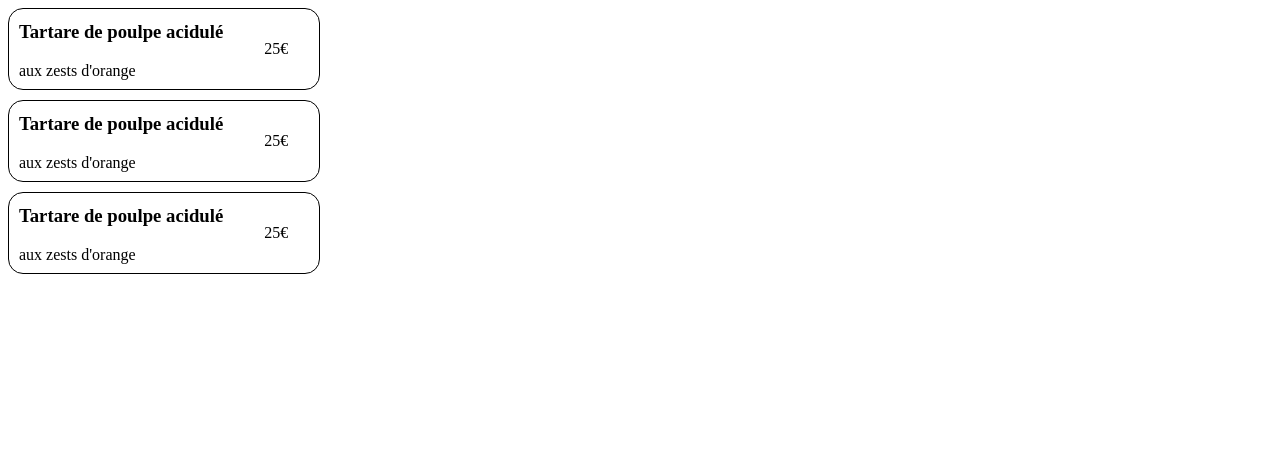
Repository: lysianebo/OHMYFOOD
Page: sass/layout/perso/snipped.html
An editor plug-in stored every save of this project. The page is shown before and after the next save, followed by the edit.
The browser window is 1280 px wide. The pictures show the whole page.

Above is the page before, as saved 2022-11-16 03:45:23.

After the next save:
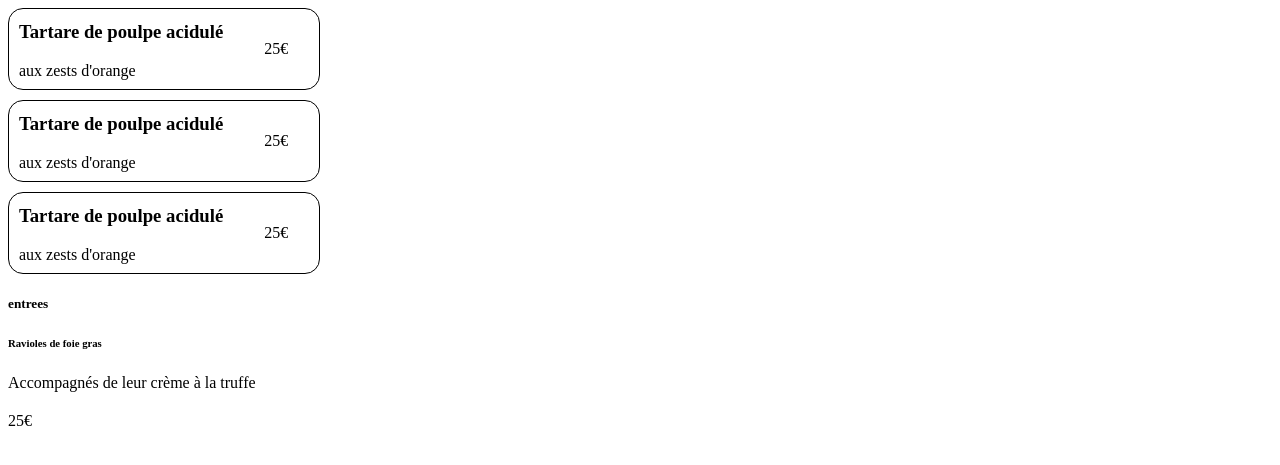
Saved 6 s later.
--- a/sass/layout/perso/snipped.html
+++ b/sass/layout/perso/snipped.html
@@ -60,7 +60,15 @@
         </div>
       </div>
 
-
+      <div class="menu">
+        <div class="entrees">
+            <h5 class="bordered-bottom">entrees</h5>
+            <div class="detail btn grey">
+                <h6>Ravioles de foie gras</h6>
+                <p>Accompagnés de leur crème à la truffe</p>
+                <span class="prix">25€
+                <span class="valid"><i class="fas fa-check-circle"></i></span></span>
+            </div>
 
 
 
